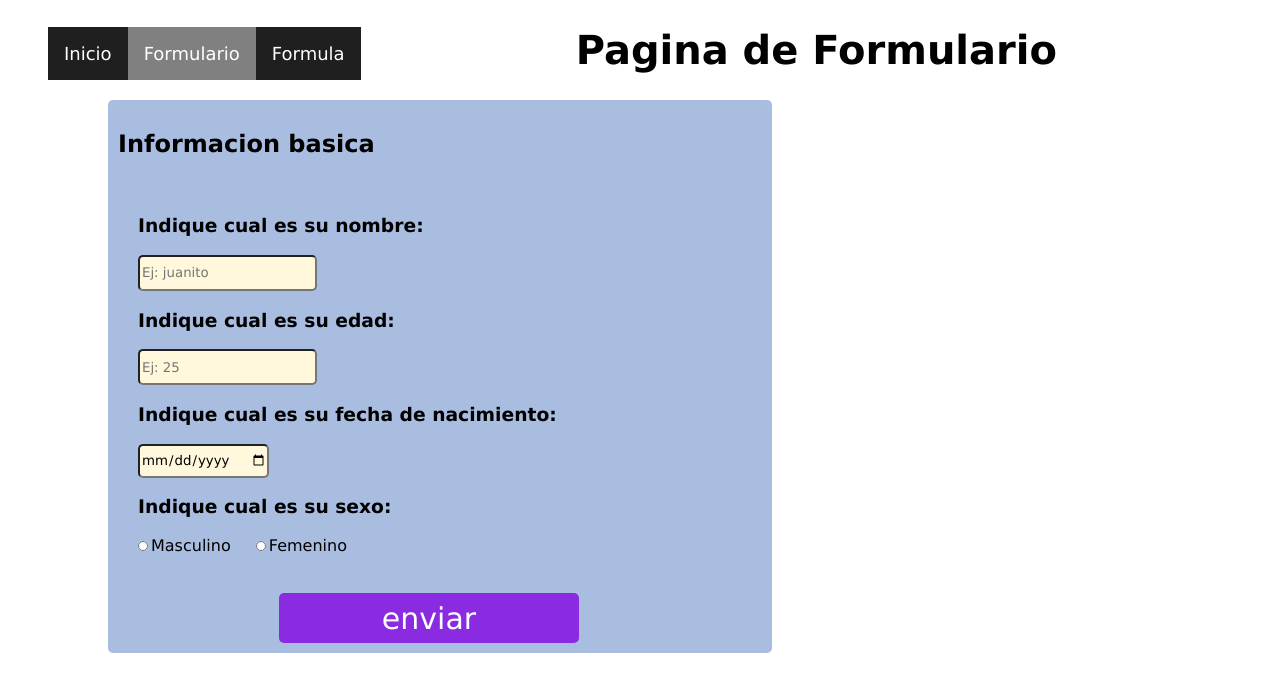
Repository: misterySnow94/tutoriales
Page: pagina basica/formulario.html
These files come from the project's save history. The page is drawn as it stood at one moment and after the next save; the edit follows.
The browser window is 1280 px wide. The pictures show the whole page.

Above is the page before, as saved 2019-11-04 00:23:49.

### pagina basica/formulario.html
<!DOCTYPE html>
<html lang="en">
<head>
    <meta charset="UTF-8">
    <meta name="viewport" content="width=device-width, initial-scale=1.0">
    <meta http-equiv="X-UA-Compatible" content="ie=edge">
    <title>inicio</title>
    <link rel="stylesheet" href="css/style.css">
</head>
<body>
    <nav>
        <ul>
            <li><a href="index.html"> Inicio </a></li>
            <li class="active"><a href="formulario.html">Formulario</a></li>
            <li><a href="formula.html">Formula</a></li>
        </ul>
    </nav>

    <div class="contenido">
        <h1>Pagina de Formulario</h1>

        <form action="">
            <h2>Informacion basica</h2>
            <label for="nombre">
                <h3>Indique cual es su nombre:</h3>
                <input type="text" placeholder="Ej: juanito" name="nombre">
            </label>
            <label for="edad">
                <h3>Indique cual es su edad:</h3>
                <input type="number" placeholder="Ej: 25" name="edad">
            </label>
            <label for="fecha_nacimiento">
                    <h3>Indique cual es su fecha de nacimiento:</h3>
                    <input type="date" name="fecha_nacimiento">
            </label>
            <label for="sexo">
                    <h3>Indique cual es su sexo:</h3>
                    <input class="radio" type="radio" name="sexo">Masculino
                    <input class="radio" type="radio" name="sexo">Femenino
            </label>
            <br><br><br>
            <button>enviar</button>
        </form>
    </div>
</body>
</html>

### pagina basica/css/style.css
body{
    font-family: 'Lucida Sans', 'Lucida Sans Regular', 'Lucida Grande', 'Lucida Sans Unicode', Geneva, Verdana, sans-serif;
}

li{
    float: left;
    list-style: none;
    padding: 16px;
    background-color: rgb(31, 31, 31);
}

.active{
    background-color: gray;
}

li:hover{
    background-color: gray;
}

a{
    color: white;
    text-decoration: none;
    font-size: 18px;
}

h1{
    text-align: center;
    font-size: 40px;
}

form{
    margin-left: 100px;
    margin-right: 500px;
    background-color: rgb(169, 189, 224);
    border-radius: 5px;
    padding: 10px;
}

label, input, h3{
    margin-left: 20px;
}

input{
    border-radius: 5px;
    height: 30px;
    font-family: 'Lucida Sans', 'Lucida Sans Regular', 'Lucida Grande', 'Lucida Sans Unicode', Geneva, Verdana, sans-serif;
    background-color: cornsilk;
}

button{
    background-color: blueviolet;
    height: 50px;
    width: 300px;
    border:none;
    border-radius: 5px;
    font-family: 'Lucida Sans', 'Lucida Sans Regular', 'Lucida Grande', 'Lucida Sans Unicode', Geneva, Verdana, sans-serif;
    font-size: 30px;
    color:white;
    margin-left: 25%;
}

button:hover{
    background-color: rgb(190, 140, 236);
    color:black;
}

.radio{
    width: 10px;
    height: 10px;
}

After the next save:
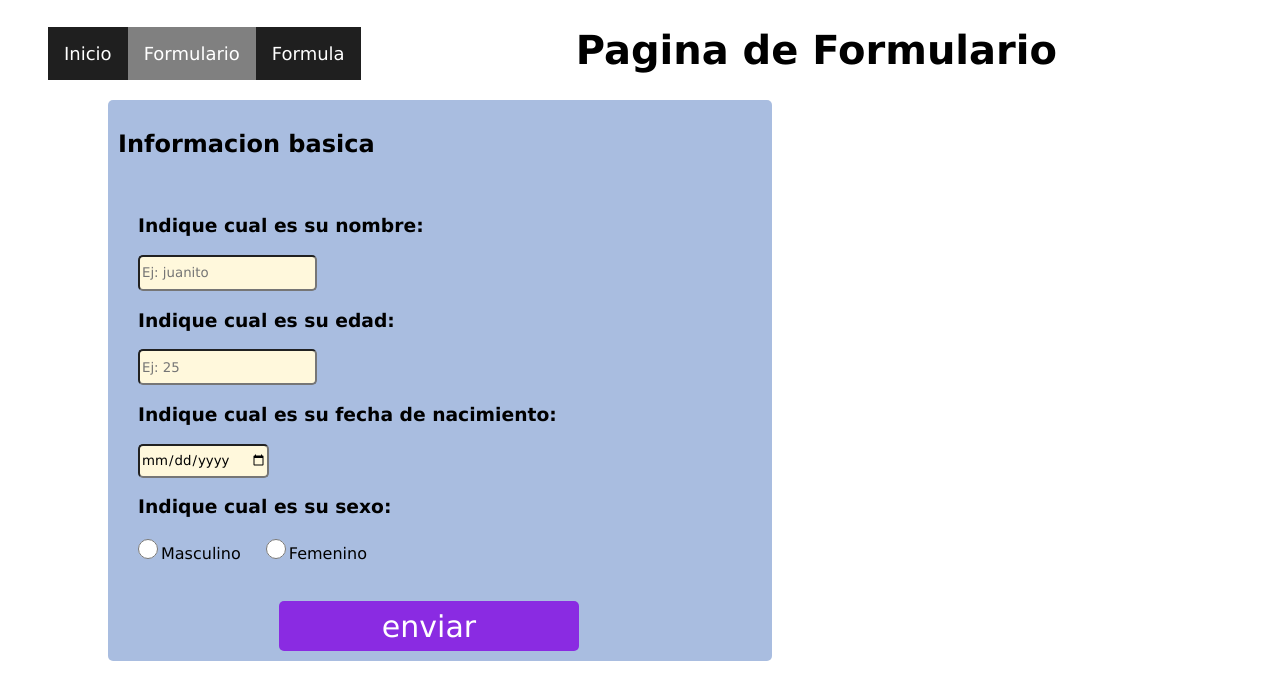
Saved 15 s later.
--- a/pagina basica/css/style.css
+++ b/pagina basica/css/style.css
@@ -65,6 +65,6 @@ button:hover{
 }
 
 .radio{
-    width: 10px;
-    height: 10px;
+    width: 20px;
+    height: 20px;
 }
